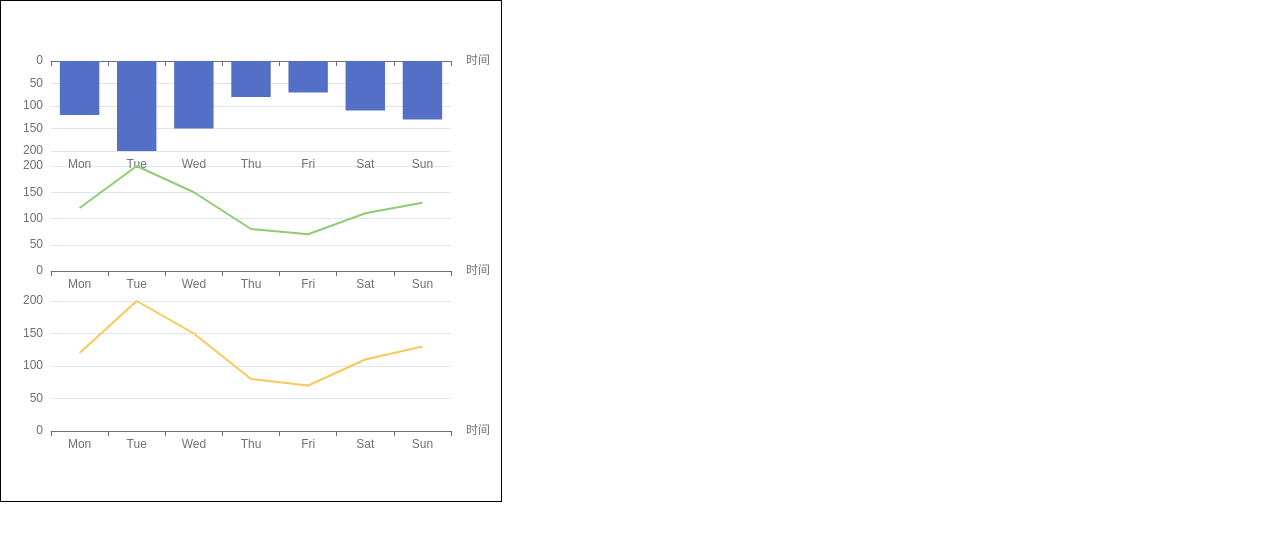
Repository: LeP-Ton/curve
Page: /
An editor plug-in stored every save of this project. The page is shown before and after the next save, followed by the edit.
The browser window is 1280 px wide. The pictures show the whole page.
The project was rebuilt for these pictures with package versions that can differ from the ones it lists, and the page was loaded fresh each time.

Above is the page before, as saved 2022-08-18 20:23:54.

After the next save:
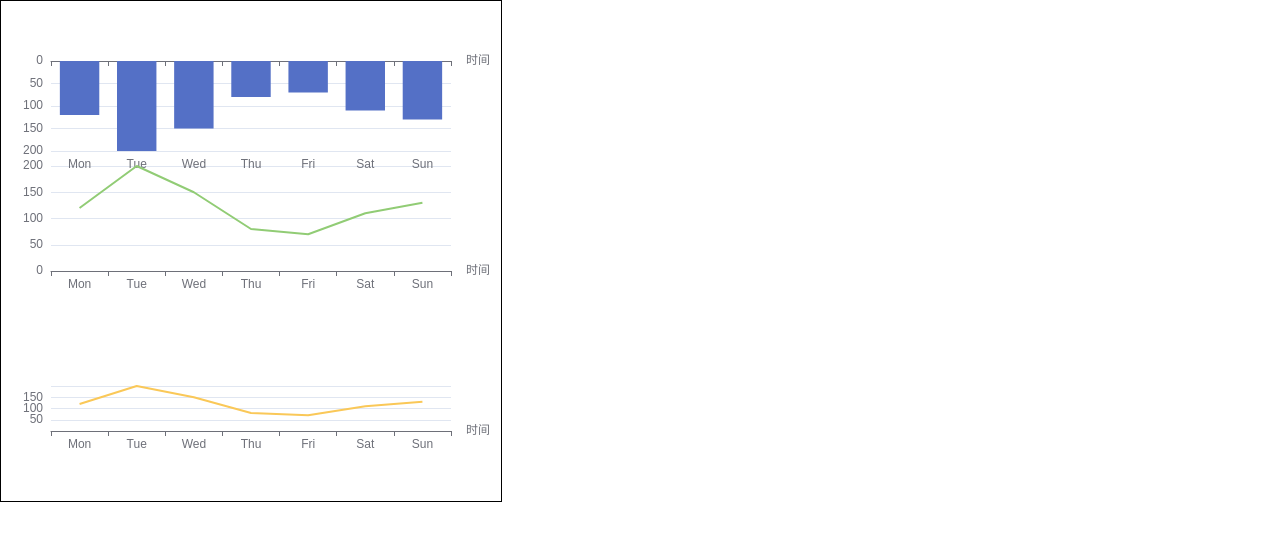
Saved 10 s later.
--- a/src/index.js
+++ b/src/index.js
@@ -54,7 +54,7 @@ const option = {
       bottom:'46%'
     },
     {
-      top: '60%',
+      top: '77%',
     }
   ],
   series: [
